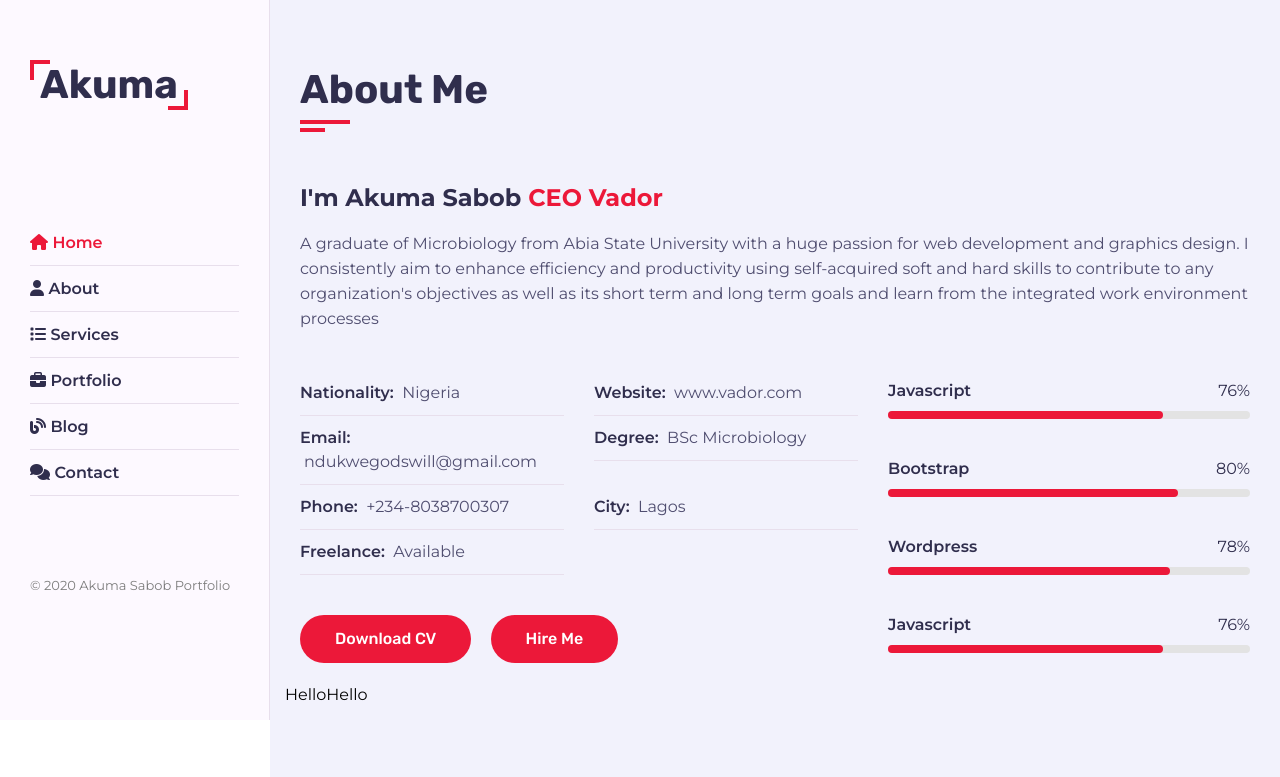
Repository: Akuma001/MY-Portfolio
Page: index.html
These files come from the project's save history. The page is drawn as it stood at one moment and after the next save; the edit follows.
The browser window is 1280 px wide. The pictures show the whole page.
Some web libraries are served in a nearby version.

Above is the page before, as saved 2020-12-13 21:05:20.

After the next save:
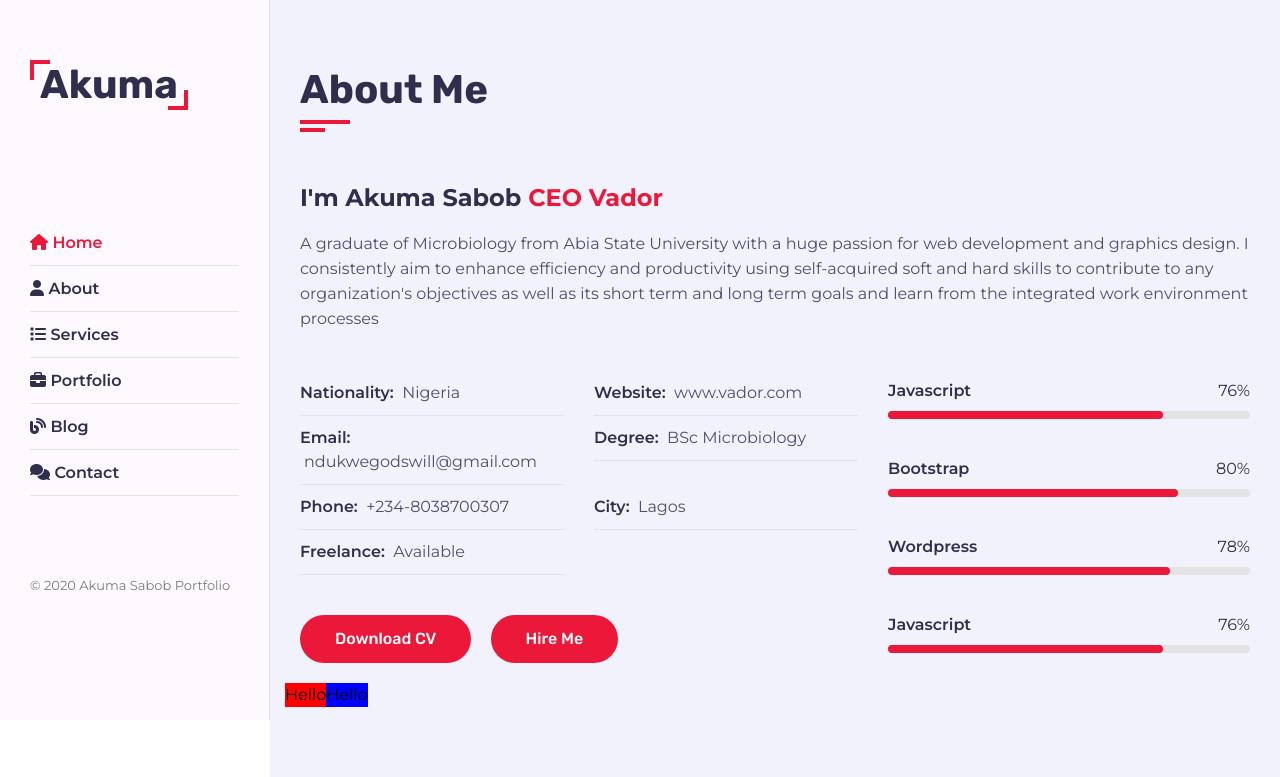
Saved 20 min 20 s later.
--- a/css/style.css
+++ b/css/style.css
@@ -395,3 +395,10 @@ body{
     top: -40px;
     font-weight: 400;
 }
+
+.about .about-content .education{
+    background-color: red;
+}
+.about .about-content .experience{
+    background-color: blue;
+}
